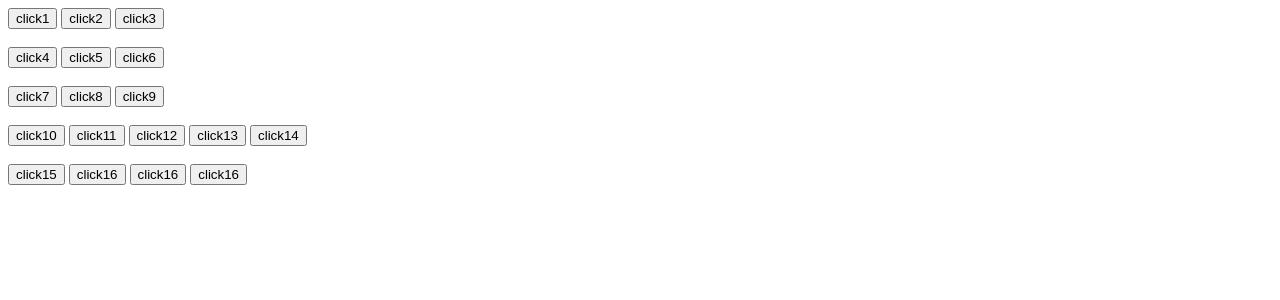
Repository: mirror-neuron/JsonStudy
Page: JsonApp01/WebContent/JsonTest10.html
An editor plug-in stored every save of this project. The page is shown before and after the next save, followed by the edit.
The browser window is 1280 px wide. The pictures show the whole page.

Above is the page before, as saved 2019-05-31 07:05:01.

### JsonApp01/WebContent/JsonTest10.html
<script type="text/javascript">

	/* 배열[]은 객체다 */
	var obj6 =
	[
		"test"
	]

	var obj6_1 =
	[
		"test1", "test2"
	]

	var obj6_2 =
	[
		"test1", "test2", 123, 123+1/* → 124(요소 자체가 숫자타입으로 취급됨) */
	]

	<!-- 자바스크립트 쪽에서 운영되는 데이터는 숫자형이든 문자형이든 시각적으로 똑같이 확인됨  -->

</script>

<form>

	<input type="button" value="click1" onclick="alert(obj6)"/>
	<!-- test -->
	<input type="button" value="click2" onclick="alert(obj6_1)"/>
	<!-- test1, test2 -->
	<input type="button" value="click3" onclick="alert(obj6_2)"/>
	<!-- test1, test2, 123, 124 -->
	<br><br>

	<input type="button" value="click4" onclick="alert(typeof obj6)"/>
	<!-- object -->
	<input type="button" value="click5" onclick="alert(typeof obj6_1)"/>
	<!-- object -->
	<input type="button" value="click6" onclick="alert(typeof obj6_2)"/>
	<!-- object -->

	<br><br>

	<input type="button" value="click7" onclick="alert(obj6[0])"/>
	<!-- test -->
	<input type="button" value="click8" onclick="alert(typeof obj6[0])"/>
	<!-- string -->
	<input type="button" value="click9" onclick="alert(typeof obj6[1])"/>
	<!-- undefined -->

	<br><br>

	<input type="button" value="click10" onclick="alert(obj6_1[0])" />
	<!-- test1 -->
	<input type="button" value="click11" onclick="alert(obj6_1[1])" />
	<!-- test2 -->
	<input type="button" value="click12" onclick="alert(typeof obj6_1[0])" />
	<!-- string -->
	<input type="button" value="click13" onclick="alert(typeof obj6_1[1])" />
	<!-- string -->
	<input type="button" value="click14" onclick="alert(obj6_1[0] + obj6_1[1])" />
	<!-- test1 test2 -->

	<br><br>
	<input type="button" value="click15" onclick="alert(obj6_2[1] )" />
	<!-- test2 -->
	<input type="button" value="click16" onclick="alert(obj6_2[2] )" />
	<!-- 123 -->
	<input type="button" value="click16" onclick="alert(typeof obj6_2[1] )" />
	<!--  -->
	<input type="button" value="click16" onclick="alert(typeof obj6_2[2] )" />
	<!--  -->

</form>

After the next save:
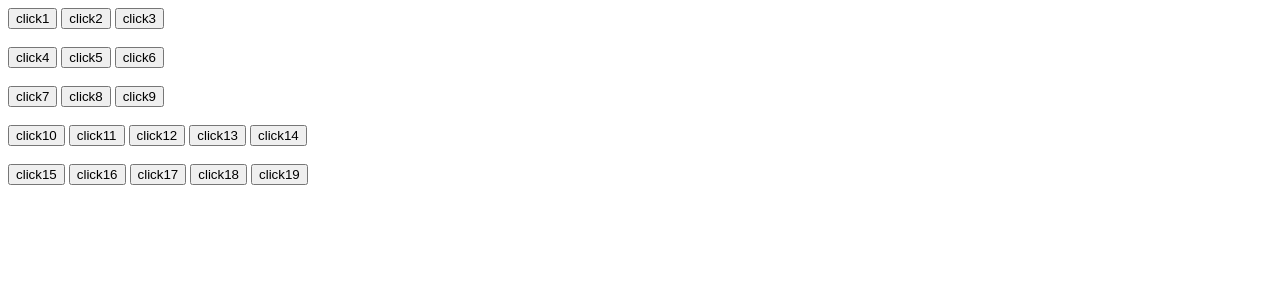
Saved 27 s later.
--- a/JsonApp01/WebContent/JsonTest10.html
+++ b/JsonApp01/WebContent/JsonTest10.html
@@ -64,9 +64,11 @@
 	<!-- test2 -->
 	<input type="button" value="click16" onclick="alert(obj6_2[2] )" />
 	<!-- 123 -->
-	<input type="button" value="click16" onclick="alert(typeof obj6_2[1] )" />
-	<!--  -->
-	<input type="button" value="click16" onclick="alert(typeof obj6_2[2] )" />
+	<input type="button" value="click17" onclick="alert(typeof obj6_2[1] )" />
+	<!-- string -->
+	<input type="button" value="click18" onclick="alert(typeof obj6_2[2] )" />
+	<!-- number -->
+	<input type="button" value="click19" onclick="alert(obj6_2[1] + obj6_2[1] )" />
 	<!--  -->
 
 </form>
